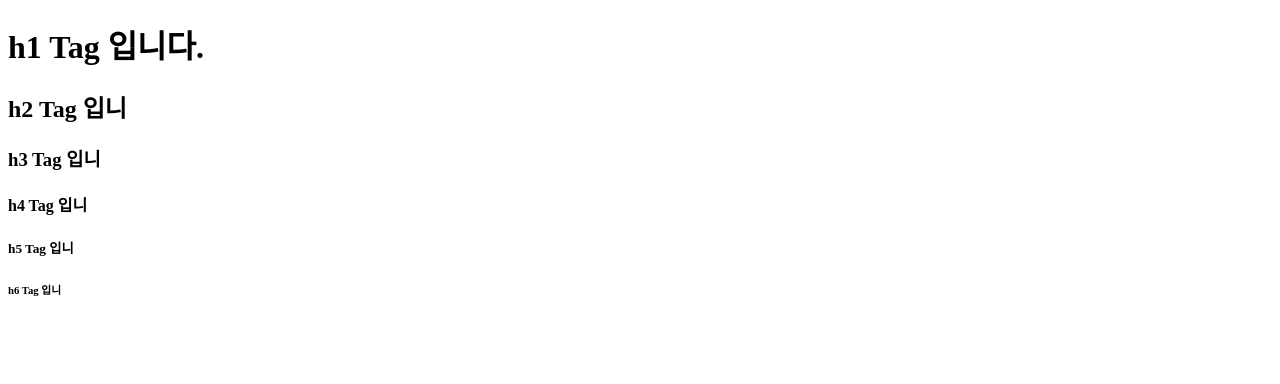
Repository: bjKim2/JSP
Page: HTML/src/main/webapp/Lec02.html
The author's editor kept a copy of each file at every save. The page is drawn from the files as they stood at one save, then again after the next save.
The browser window is 1280 px wide. The pictures show the whole page.

Above is the page before, as saved 2022-03-15 01:39:35.

After the next save:
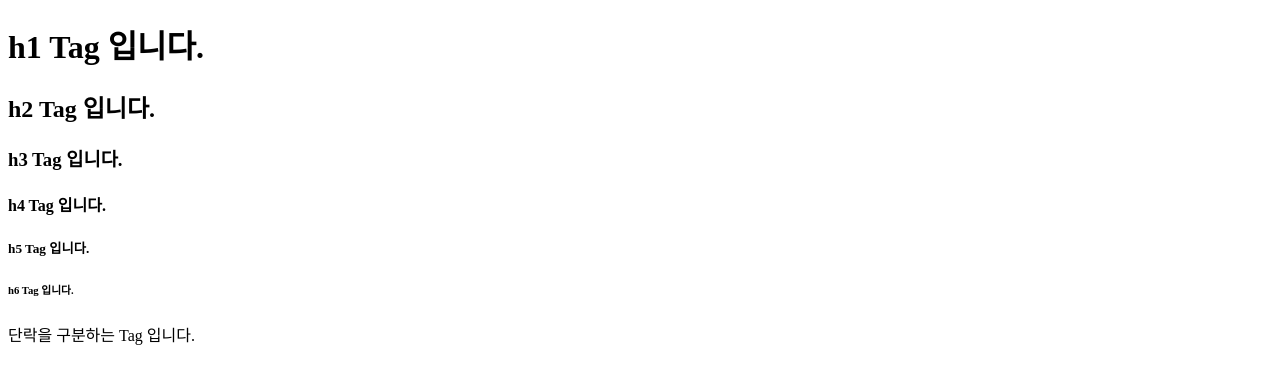
Saved 47 s later.
--- a/HTML/src/main/webapp/Lec02.html
+++ b/HTML/src/main/webapp/Lec02.html
@@ -6,11 +6,13 @@
 </head>
 <body>
 	<h1>h1 Tag 입니다.</h1>
-	<h2>h2 Tag 입니</h2>
-	<h3>h3 Tag 입니</h3>
-	<h4>h4 Tag 입니</h4>
-	<h5>h5 Tag 입니</h5>
-	<h6>h6 Tag 입니</h6>
+	<h2>h2 Tag 입니다.</h2>
+	<h3>h3 Tag 입니다.</h3>
+	<h4>h4 Tag 입니다.</h4>
+	<h5>h5 Tag 입니다.</h5>
+	<h6>h6 Tag 입니다.</h6>
+
+	<p>단락을 구분하는 Tag 입니다. </p>
 
 </body>
 </html>
